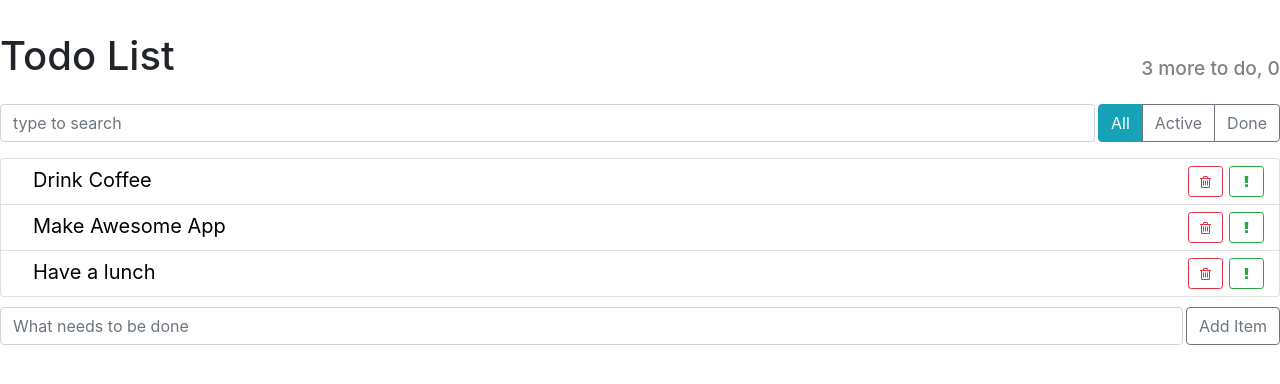
Repository: max535/react-todo-list
Page: /
The author's editor kept a copy of each file at every save. The page is drawn from the files as they stood at one save, then again after the next save.
The browser window is 1280 px wide. The pictures show the whole page.
The project was rebuilt for these pictures with package versions that can differ from the ones it lists, and the page was loaded fresh each time.

Above is the page before, as saved 2022-01-17 02:13:51.

### public/index.html
<!DOCTYPE html>
<html>
  <head>
    <meta charset="utf-8" />
    <meta
        name="viewport"
        content="width=device-width, initial-scale=1">
    <link rel="stylesheet"
          href="https://stackpath.bootstrapcdn.com/font-awesome/4.7.0/css/font-awesome.min.css">
    <link rel="stylesheet"
          href="https://stackpath.bootstrapcdn.com/bootstrap/4.1.3/css/bootstrap.min.css">
    <title>Todo App</title>
  </head>
  <body>
      <div id="root"></div>
  </body>
</html>

### src/index.js
import React from 'react';
import ReactDOM from 'react-dom';

import { App } from './components/App';

ReactDOM.render(<App />, document.getElementById('root'));

### src/components/App/index.jsx
import React from 'react';

import { AppHeader } from '../AppHeader';
import { SearchPanel } from '../SearchPanel';
import { TodoList } from '../TodoList';
import { ItemStatusFilter } from '../ItemStatusFilter/index.jsx';
import { ItemAddForm } from '../ItemAddForm';

import './App.css';

export class App extends React.Component {
    maxId = 100;

    state = {
        todoData: [
            this.createTodoItem('Drink Coffee'),
            this.createTodoItem('Make Awesome App'),
            this.createTodoItem('Have a lunch'),
        ],
    };

    createTodoItem(label) {
        return {
            label,
            important: false,
            done: false,
            id: this.maxId++,
        }
    }

    deleteItem = (id) => {
        this.setState(({todoData}) => {
            const idx = todoData.findIndex((el) => el.id === id);

            const newArray = [
                ...todoData.slice(0, idx),
                ...todoData.slice(idx + 1),
            ];

            return {
                todoData: newArray,
            };
        });
    };

    addItem = (text) => {
        const newItem = this.createTodoItem(text);

        this.setState(({todoData}) => {
            const newArr = [
                ...todoData,
                newItem,
            ];

            return {
                todoData: newArr,
            };
        });
    };

    toggleProperty(arr, id, propName) {
        const idx = arr.findIndex((el) => el.id === id);

        const oldItem = arr[idx];
        const newItem = {...oldItem, [propName]: !oldItem[propName]};

        return [
            ...arr.slice(0, idx),
            newItem,
            ...arr.slice(idx + 1),
        ];
    }

    onToggleDone = (id) => {
        this.setState(({todoData}) => {
            return {
                todoData: this.toggleProperty(todoData, id, 'done'),
            };
        });
    };

    onToggleImportant = (id) => {
        this.setState(({todoData}) => {
            return {
                todoData: this.toggleProperty(todoData, id, 'important'),
            };
        });
    };

    render() {
        const {todoData} = this.state;
        const doneCount = todoData.filter((el) => el.done).length;
        const todoCount = todoData.length - doneCount;

        return (
            <div className="todo-app">
                <AppHeader toDo={todoCount} done={doneCount} />
                <div className="top-panel d-flex">
                    <SearchPanel />
                    <ItemStatusFilter />
                </div>

                <TodoList
                    todos={todoData}
                    onDeleted={this.deleteItem}
                    onToggleImportant={this.onToggleImportant}
                    onToggleDone={this.onToggleDone}
                />

                <ItemAddForm onItemAdded={this.addItem} />
            </div>
        );
    }
}

### src/components/AppHeader.jsx
import React from 'react';

import './AppHeader.css';

export const AppHeader = ({toDo, done}) => {
    return (
        <div className="app-header d-flex">
            <h1>Todo List</h1>
            <h2>{toDo} more to do, {done}</h2>
        </div>
    );
};

### src/components/SearchPanel.jsx
import React from 'react';

import './SearchPanel.css';

export const SearchPanel = () => {
    return (
        <input
            type="text"
            className="form-control search-input"
            placeholder="type to search"
        />
    );
}

### src/components/TodoList.jsx
import React from 'react';

import { TodoListItem } from './TodoListItem';

import './TodoList.css';

export const TodoList = ({todos}) => {

    const elements = todos.map((item) => {
        const {id, ...itemProps} = item;

        return (
            <li key={id} className="list-group-item">
                <TodoListItem {...itemProps} />
            </li>
        );
    });

    return (
        <ul className="list-group todo-list">
            {elements}
        </ul>
    );
};

### src/components/ItemStatusFilter/index.jsx
import React from 'react';

import './ItemStatusFilter.css';

export class ItemStatusFilter extends React.Component {

    render() {
        return (
            <div className="btn-group">
                <button type="button"
                        className="btn btn-info">All</button>
                <button type="button"
                        className="btn btn-outline-secondary">Active</button>
                <button type="button"
                        className="btn btn-outline-secondary">Done</button>
            </div>
        );
    }
}

// export const ItemStatusFilter = () => {
//     return (
//         <div className="btn-group">
//             <button type="button"
//                     className="btn btn-info">All</button>
//             <button type="button"
//                     className="btn btn-outline-secondary">Active</button>
//             <button type="button"
//                     className="btn btn-outline-secondary">Done</button>
//         </div>
//     );
// };

### src/components/ItemAddForm/index.jsx
import React from 'react';

import './ItemAddForm.css';

export class ItemAddForm extends React.Component {
    state = {
        label: '',
    };

    onLabelChange = (e) => {
        this.setState({
            label: e.target.value,
        });

    };

    onSubmit = (e) => {
        this.props.onItemAdded(this.state.label);
        e.preventDefault();
        this.setState({
            label: '',
        });
    };

    render() {
        return (
            <form
                className="item-add-form d-flex"
                onSubmit={this.onSubmit}
            >
                <input
                    type="text"
                    className="form-control"
                    onChange={this.onLabelChange}
                    placeholder="What needs to be done"
                    value={this.state.label}
                />
                <button className="btn btn-outline-secondary">Add Item</button>
            </form>
        );
    }
};

### src/components/App/App.css
.todo-app {
    margin: 2rem auto 2rem auto;

}

.top-panel {
    margin: 1rem 0;
}

### src/components/SearchPanel.css
.search-input {
    width: auto;
    flex-grow: 1;
    margin-right: 3px;
}

### src/components/TodoListItem.jsx
import React from 'react';

import './TodoListItem.css';

export const TodoListItem = ({label, important = false}) => {

    const style = {
        color: important ? 'tomato' : 'black',
        fontWeight: important ? 'bold' : 'normal'
    };

    return (
        <span className="todo-list-item">
            <span
                className="todo-list-item-label"
                style={style}
            >
                {label}
            </span>

            <button
                type="button"
                className="btn btn-outline-success btn-sm float-right"
            >
                <i className="fa fa-exclamation" />
            </button>

            <button
                type="button"
                className="btn btn-outline-danger btn-sm float-right"
            >
                <i className="fa fa-trash-o" />
            </button>
        </span>
    );
};

### src/components/ItemAddForm/ItemAddForm.css
.item-add-form {
    margin-top: 10px;
}

.item-add-form input {
    margin-right: 3px;
}

Loaded but not shown: src/components/AppHeader.css (common file); src/components/TodoList.css (common file); src/components/TodoListItem.css (common file); src/components/ItemStatusFilter/ItemStatusFilter.css (no stored copy; drawn as an empty file)

After the next save:
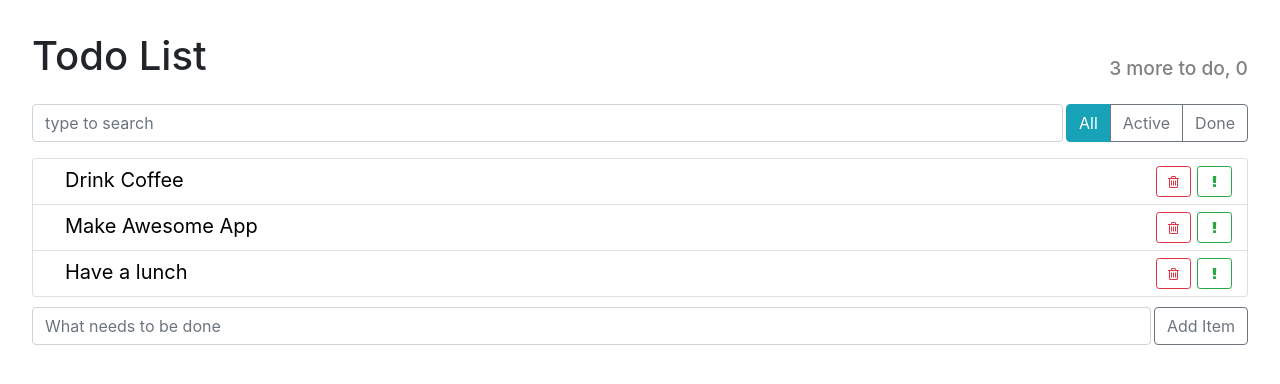
Saved 13 s later.
--- a/src/components/App/App.css
+++ b/src/components/App/App.css
@@ -1,5 +1,5 @@
 .todo-app {
-    margin: 2rem auto 2rem auto;
+    margin: 2rem;
 
 }
 
